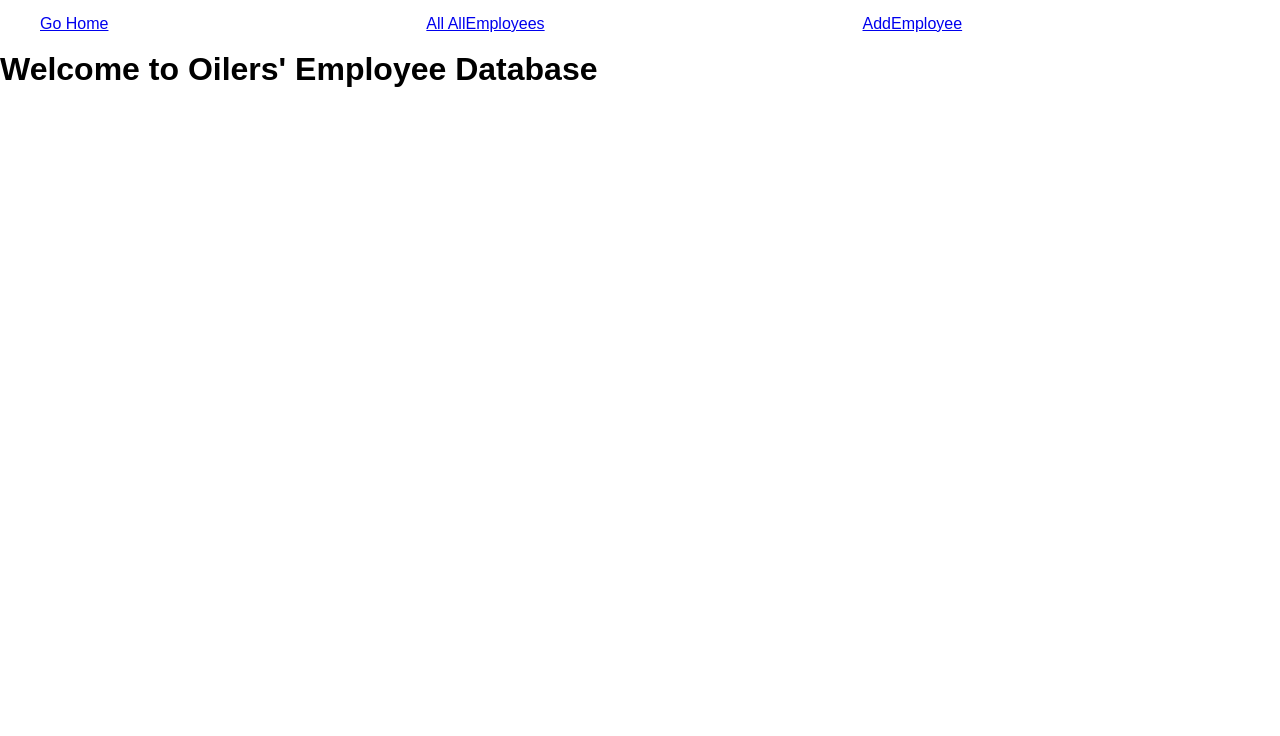
Repository: rh1456/employee-directory
Page: /
The author's editor kept a copy of each file at every save. The page is drawn from the files as they stood at one save, then again after the next save.
The browser window is 1280 px wide. The pictures show the whole page.
The project was rebuilt for these pictures with package versions that can differ from the ones it lists, and the page was loaded fresh each time. Also part of the build but not shown: src/pages/AddEmployee.jsx, src/pages/SingleEmployee.jsx, src/pages/AllEmployees.jsx.

Above is the page before, as saved 2019-12-08 18:21:19.

After the next save:
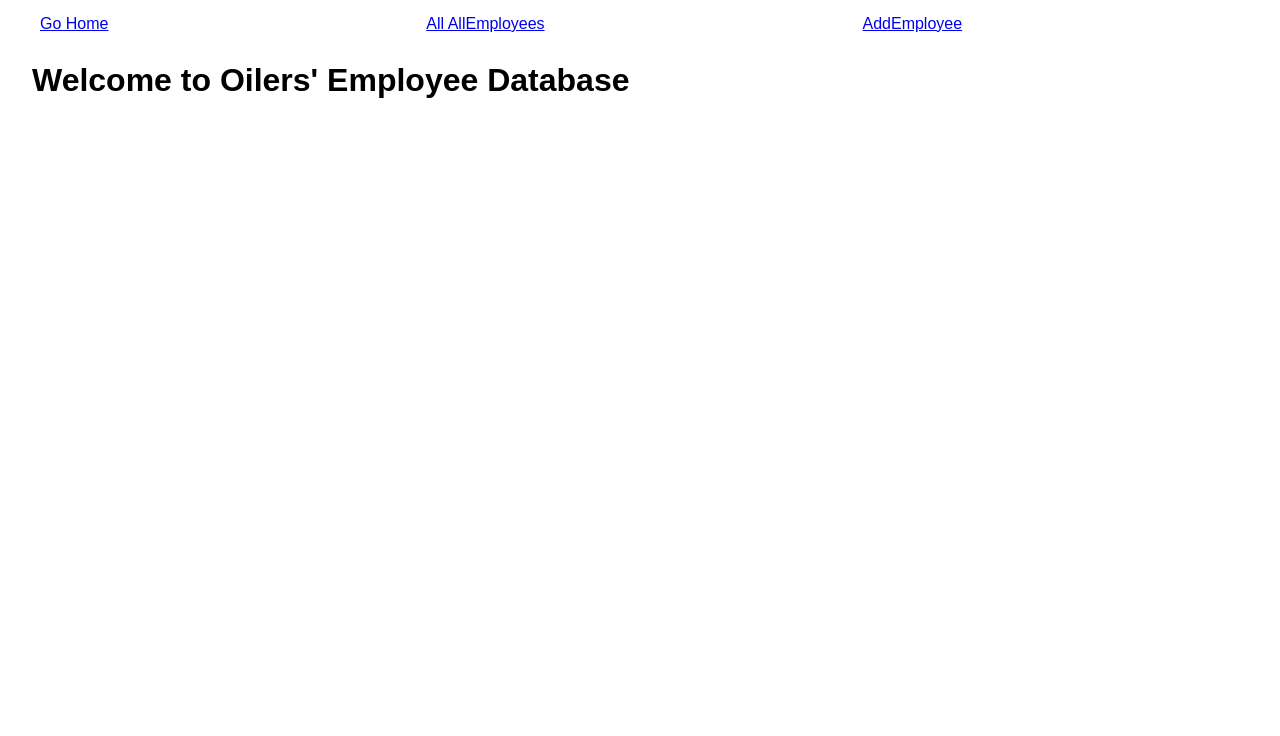
Saved 29 s later.
--- a/src/index.css
+++ b/src/index.css
@@ -19,5 +19,8 @@
 nav li {
   list-style: none;
 }
+.homepage-head {
+  margin: 2rem;
+}
 
 /* font-family: 'Bitter', serif; */
